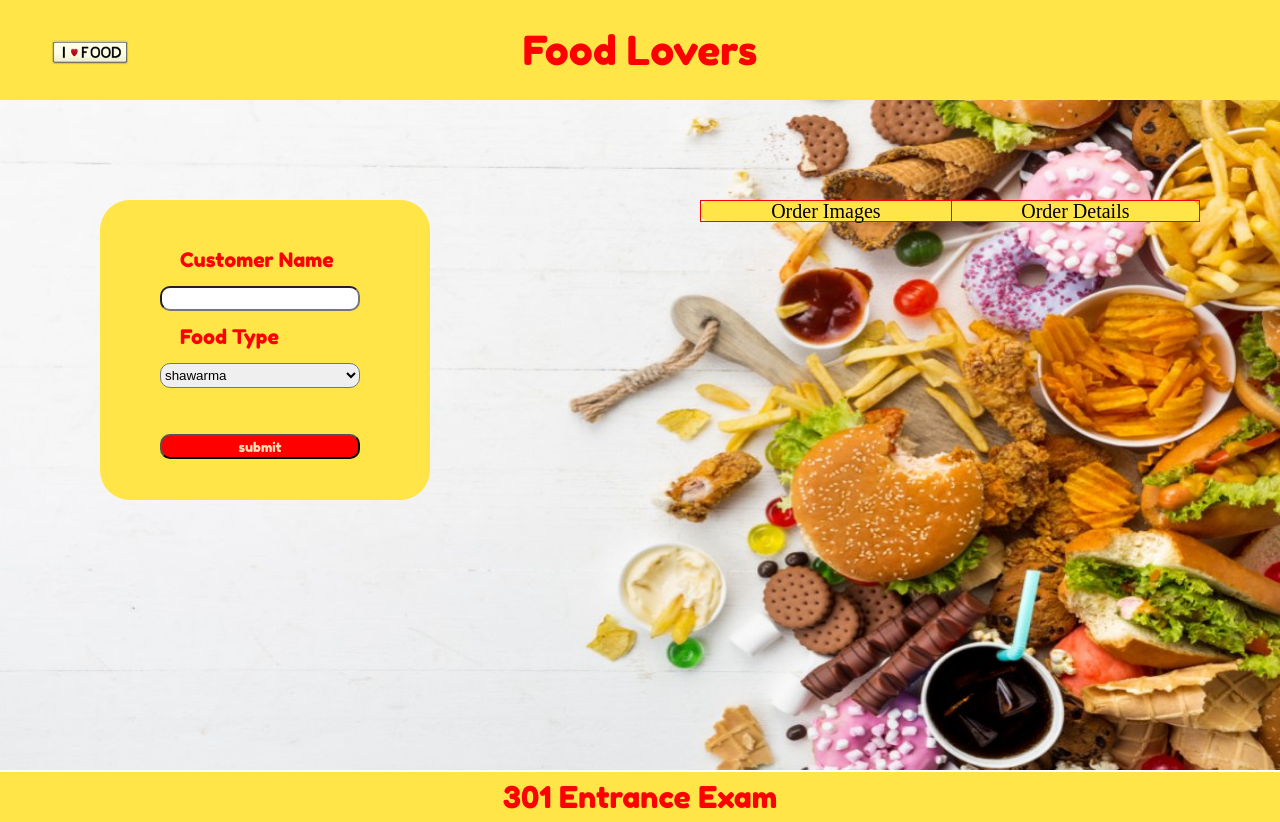
Repository: Razan-am/foodLovers
Page: index.html
These files come from the project's save history. The page is drawn as it stood at one moment and after the next save; the edit follows.
The browser window is 1280 px wide. The pictures show the whole page.

Above is the page before, as saved 2021-06-01 11:37:34.

### index.html
<!DOCTYPE html>
<html lang="en">

<head>
    <meta charset="UTF-8">
    <meta http-equiv="X-UA-Compatible" content="IE=edge">
    <meta name="viewport" content="width=device-width, initial-scale=1.0">
    <title>Food Lovers</title>
    <link rel="preconnect" href="https://fonts.gstatic.com">
    <link href="https://fonts.googleapis.com/css2?family=Fredoka+One&display=swap" rel="stylesheet">
    <link rel="stylesheet" href="css/reset.css">
    <link rel="stylesheet" href="css/style.css">
</head>

<body>
    <header>
        <h1>Food Lovers</h1>
        <img src="images/css images/logo.png" alt="logo">
    </header>
    <main>
        <form action="" id="myForm">
            <fieldset>
                <label for="name">Customer Name</label>
                <br/><br/>
                <input type="text" id="name" name="name">
                <br/><br/>
                <label for="food">Food Type</label>
                <br/><br/>
                <select name="food" id="food">
                    <option value="shawarma">shawarma</option>
                    <option value="pizza">pizza</option>
                    <option value="burger">burger</option>
                </select>
                <br/><br/>
                <input type="submit" value="submit">
            </fieldset>
        </form>
        <table id="myTable">
            <tr>
                <th>Order Images</th>
                <th>Order Details</th>
            </tr>
        </table>
        <img src="images/css images/background.jpg" alt="backGround" id="main"/>
    </main>
    <footer>
        <p>301 Entrance Exam </p>
    </footer>
    <script src="js/app.js"></script>
</body>

</html>

### css/style.css
*{
    box-sizing: border-box;
}
header{
    background-color: rgba(255, 229, 72, 255);
    height: 100px;
}
h1{
    font-family: 'Fredoka One', cursive;
    color: red;
    text-align: center;
    font-size: 40px;
    font-weight: lighter;
    padding-top: 30px;
}

header img{
    top: 2px;
    left: 30px;
    position: absolute;
    width: 120px;
    height: 100px;
}
#main{
    top: 50px;
    position: absolute;
    z-index: -1;
    width: 100%;
    height: 100%;
}
form{
    display: inline-block;
    background-color:  rgba(255, 229, 72, 255);
    margin-top: 100px;
    margin-left: 100px;
    width: 330px;
    height: 300px;
    border-radius: 30px;
}
form label{
    top: 50px;
    position: relative;
    padding-left: 80px;
    font-size: 20px;
    color: red;
    font-family: 'Fredoka One', cursive;
}
form input{
    top: 50px;
    position: relative;
    margin-left: 60px;
    width: 200px;
    height: 25px;
    border-radius: 10px;
}
form select{
    top: 50px;
    position: relative;
    margin-left: 60px;
    width: 200px;
    height: 25px;
    border-radius: 10px;
    margin-bottom: 30px;
}
form input:last-of-type{
    background-color: red;
    color: wheat;
    font-family: 'Fredoka One', cursive;
}
table{
    background-color: rgba(255, 229, 72, 255) ;
    top: -300px;
    position: relative;
    margin-left: 700px;
    width: 500px;
    border-radius: 10px;

}
table th{
    margin-top: 20px;
    margin-left: 30px;
    border: 1px solid red;
    font-size: 20px;
    text-align: center;

}
table td{

    border: 1px solid red;
    padding-bottom: 80px;
}
table img{
    width: 90px;
    height: 90px;
    z-index: 1;
    margin-left: 30px;

}
table p{
    color: black;
    font-family: 'Fredoka One', cursive;
    margin-top: 30px;
    margin-left: 20px;
}
footer{
    background-color: rgba(255, 229, 72, 255);
    margin-top: 250px;
    height: 50px;
}
footer p{
    text-align: center;
    color: red;
    font-size: 30px;
    padding-top: 10px;
    font-family: 'Fredoka One', cursive;
}

### js/app.js
'use strict';

let myForm = document.getElementById('myForm');
let myTable = document.getElementById('myTable');


let mainArr = [];
function Foods(userName,foodType){
    this.userName=userName;
    this.foodType=foodType;
    this.img=`images/${foodType}.jpg`
    mainArr.push(this);
}
console.log(mainArr);

myForm.addEventListener('submit',handleEvent);
function handleEvent(event){
    event.preventDefault();

    let userName = event.target.name.value;
    let foodType = event.target.food.value;
    console.log(foodType);
    new Foods(userName,foodType);
    setting();
    render();
}

function randomNumber(min,max){
    min = Math.ceil(min);
    max = Math.floor(max);
    return Math.floor(Math.random() * (max - min) + min)
}

function render(){
    let tBody = document.createElement('tr');
    myTable.appendChild(tBody);

    for (let index = 0; index < mainArr.length; index++) {
        tBody.textContent='';

        let td1 = document.createElement('td');
        tBody.appendChild(td1);

        let imgEl = document.createElement('img');
        td1.appendChild(imgEl);
        imgEl.setAttribute('src', mainArr[index].img);

        let td2 = document.createElement('td');
        tBody.appendChild(td2);

        let pEl1 = document.createElement('p');
        td2.appendChild(pEl1);
        pEl1.textContent=`Customer Name:${mainArr[index].userName}`;
        let pEl2 = document.createElement('p');
        td2.appendChild(pEl2);
        pEl2.textContent=`Food Type:${mainArr[index].foodType}`;
        let pEl3 = document.createElement('p');
        td2.appendChild(pEl3);
        pEl3.textContent=`Food Price:${randomNumber(1,100)}`;


    }
}

function setting(){
    let data = JSON.stringify(mainArr);
    localStorage.setItem('information',data);
}

function getting(){
    let stringObj = localStorage.getItem('information');
    let normalObj = JSON.parse(stringObj);

    if(normalObj !== null){
        mainArr = normalObj;
    }
    render();
}
getting();

Loaded but not shown: css/reset.css (common file)

After the next save:
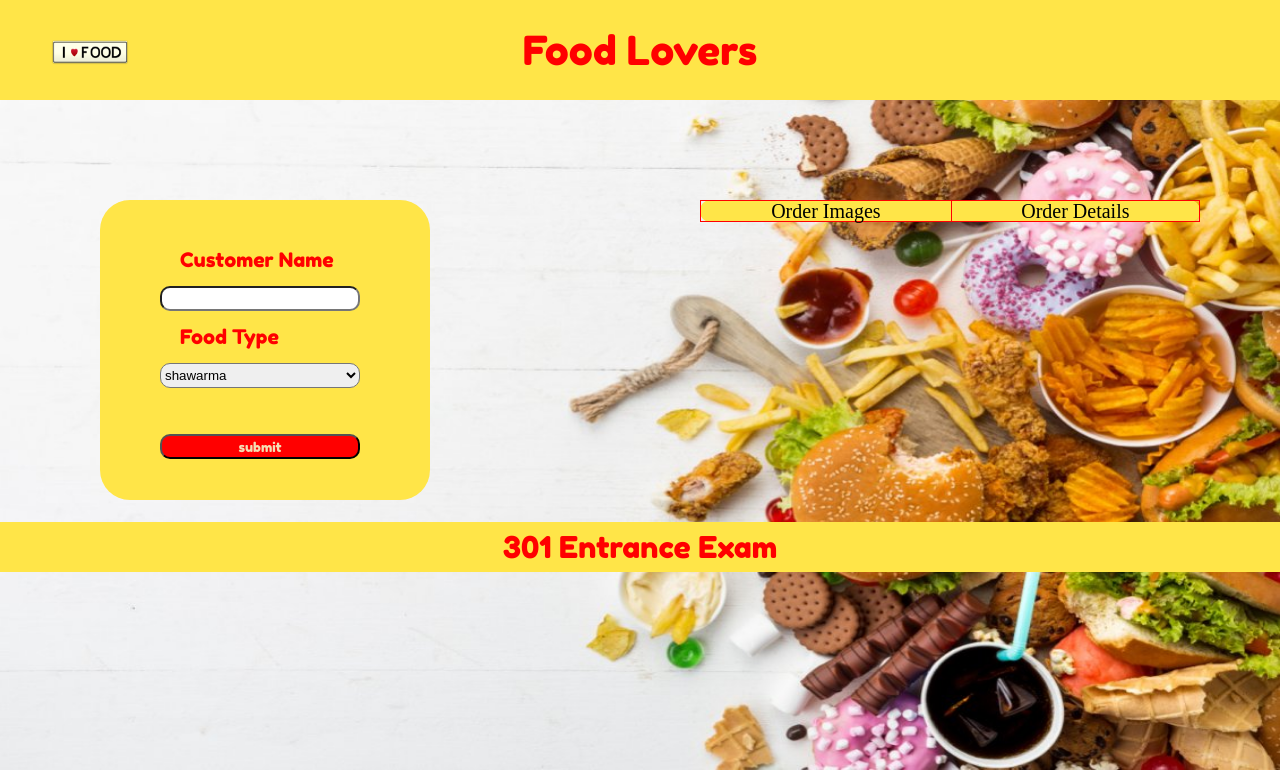
Saved 20 s later.
--- a/css/style.css
+++ b/css/style.css
@@ -104,7 +104,7 @@ table p{
 }
 footer{
     background-color: rgba(255, 229, 72, 255);
-    margin-top: 250px;
+    /* margin-top: 250px; */
     height: 50px;
 }
 footer p{
